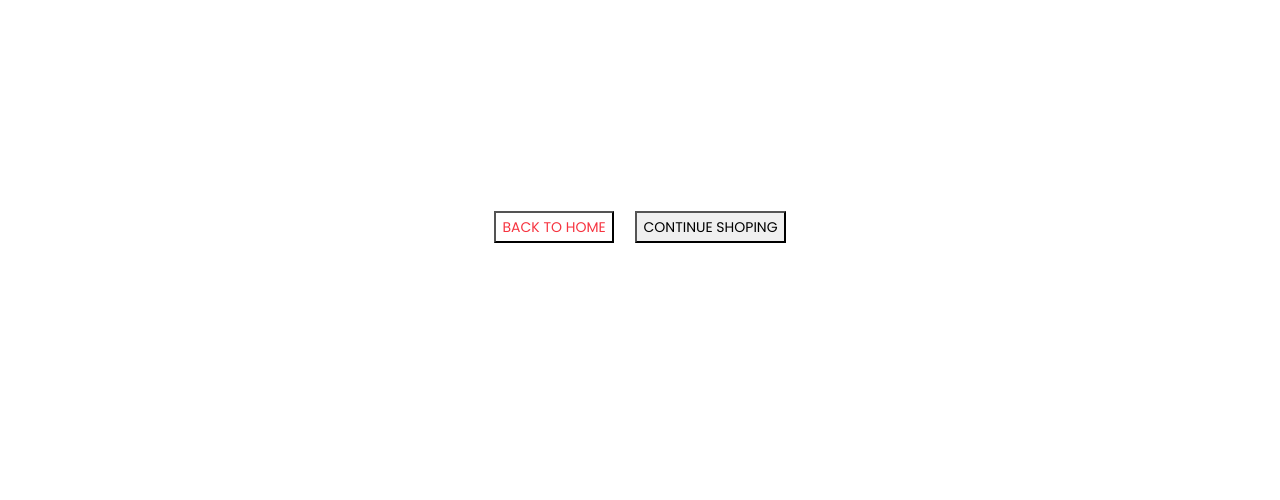
Repository: ST-United-Internship/Modaz-4life
Page: comingsoon&FAQ/commingsoon.html
These files come from the project's save history. The page is drawn as it stood at one moment and after a run of saves; the edit follows.
The browser window is 1280 px wide. The pictures show the whole page.

Above is the page before, as saved 2023-03-22 16:51:43.

After the next 2 saves:
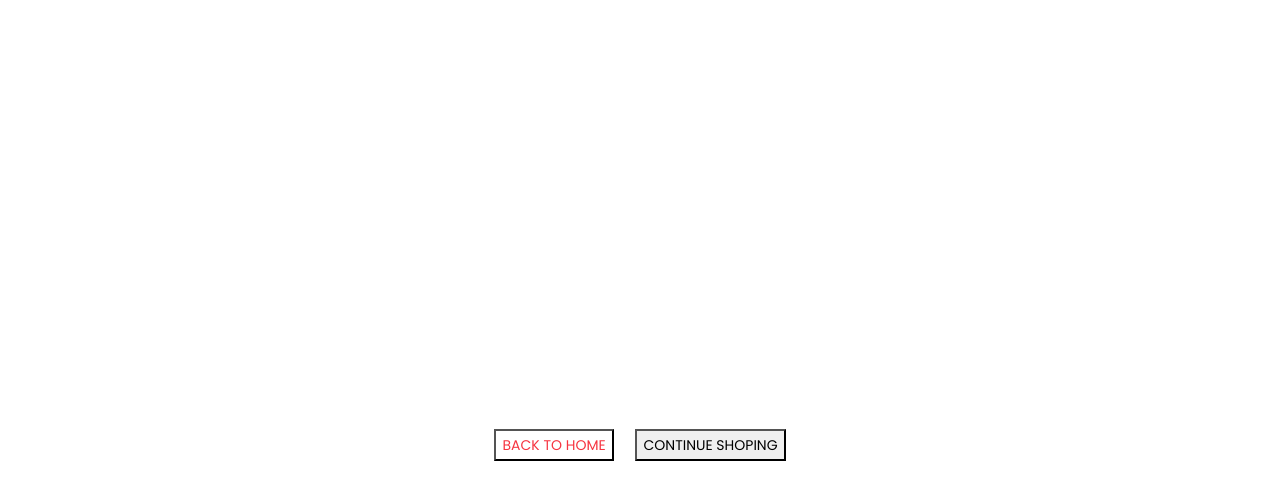
The 2 saves are shown as one change because they came seconds apart.
The last was saved 38 s later.
--- a/comingsoon&FAQ/css/test.css
+++ b/comingsoon&FAQ/css/test.css
@@ -18,6 +18,30 @@
     overflow: hidden;
     position: relative;
 }
+
+.flat-row.flat-coming-soon {
+    padding: 218px 0 212px;
+}
+
+
+
+
+
+
+
+
+
+
+
+
+
+
+
+
+
+
+
+
 .wrap-coming-soon {
     color: #fff
 }
